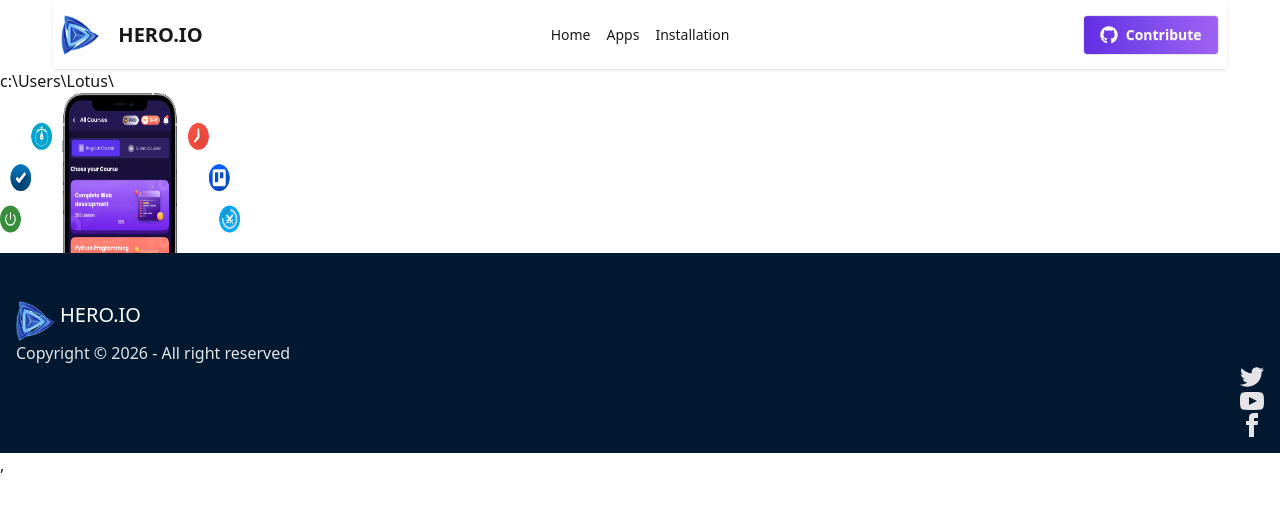
Repository: SanjidaSnigdha/Hero-app-vite-project
Page: /
An editor plug-in stored every save of this project. The page is shown before and after a run of saves, followed by the edit.
The browser window is 1280 px wide. The pictures show the whole page.
The project was rebuilt for these pictures with package versions that can differ from the ones it lists, and the page was loaded fresh each time. Also part of the build but not shown: vite.config.js, src/App.css, src/App.jsx, src/Pages/ErrorPages/ErrorPage.jsx.

Above is the page before, as saved 2026-05-23 19:44:00.

After the next 2 saves:
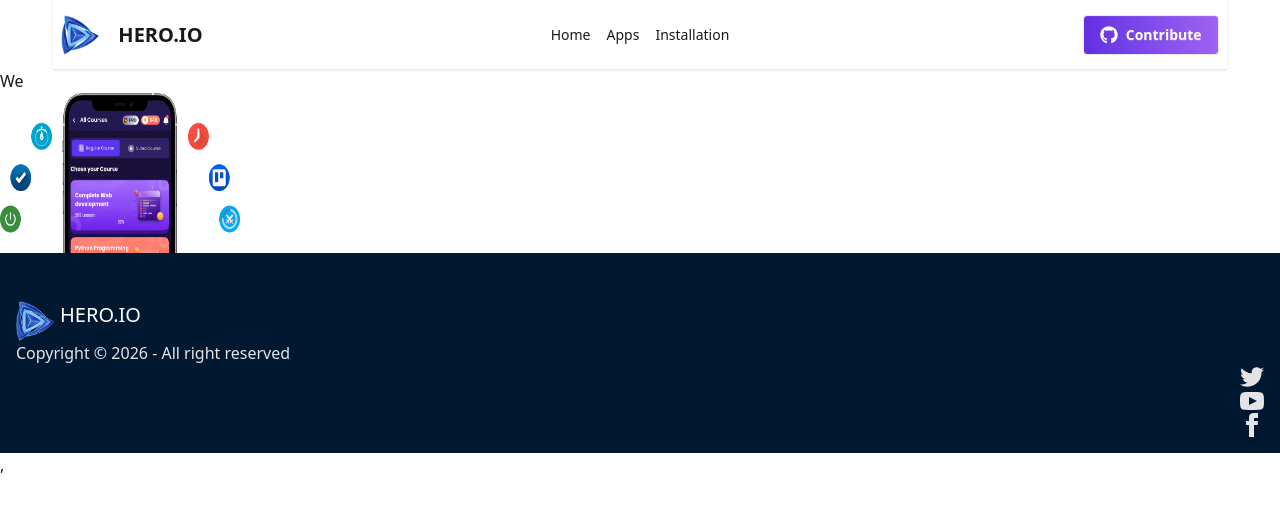
The 2 saves are shown as one change because they came seconds apart.
The last was saved 8 s later.
--- a/src/Components/Banner/Banner.jsx
+++ b/src/Components/Banner/Banner.jsx
@@ -4,7 +4,7 @@
 const Banner = () => {
     return (
         <div>
-            <h1>c:\Users\Lotus\</h1>
+            <h1>We </h1>
             <img src={bannerImg} alt="" className='w-60 h-40 items-center justify-center'/>
         </div>
     );
